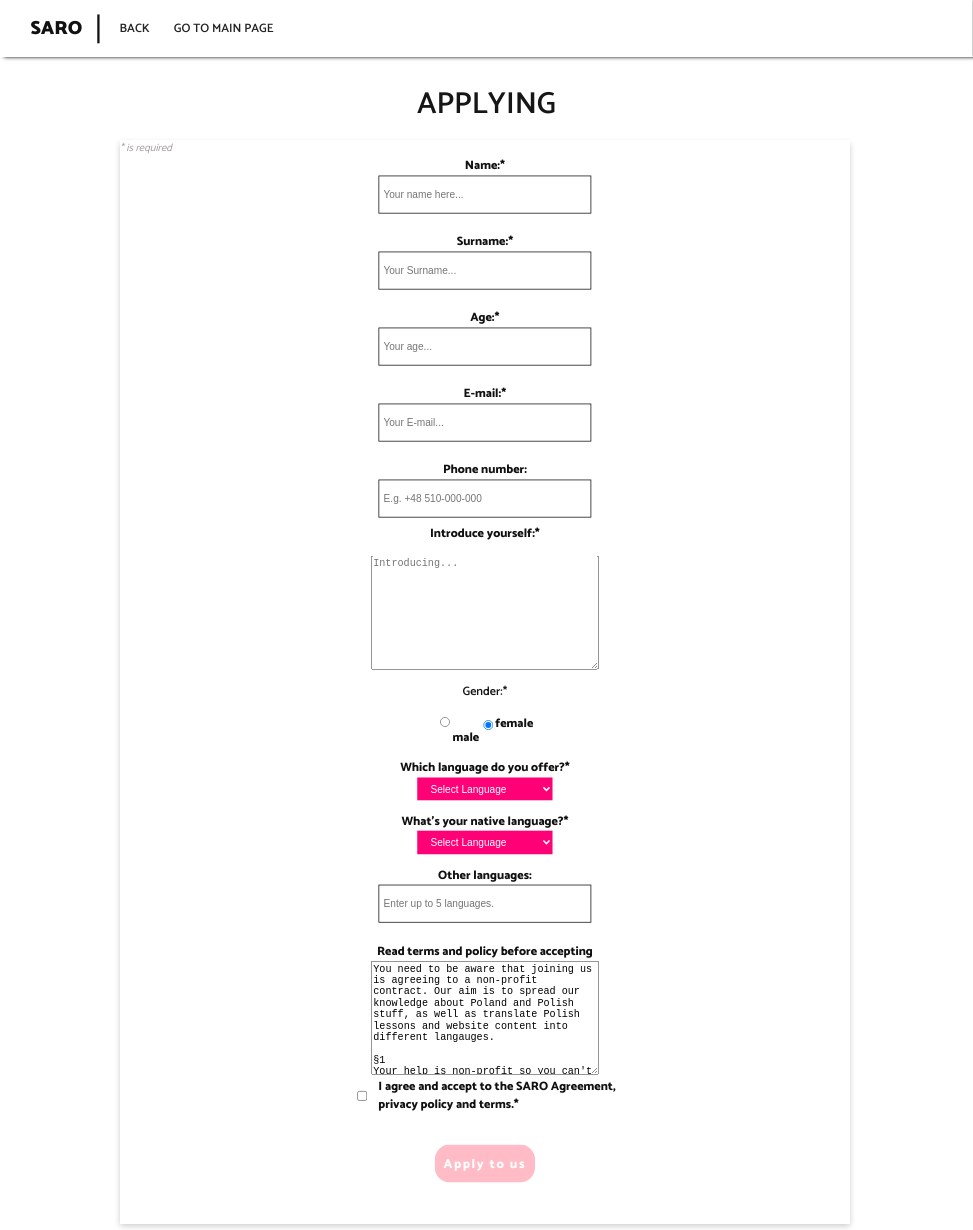
Repository: michalskirobert/SARO
Page: join/index.html
An editor plug-in stored every save of this project. The page is shown before and after the next save, followed by the edit.
The browser window is 1280 px wide. The pictures show the whole page, at 76% of full size.

Above is the page before, as saved 2020-10-30 14:32:26.

After the next save:
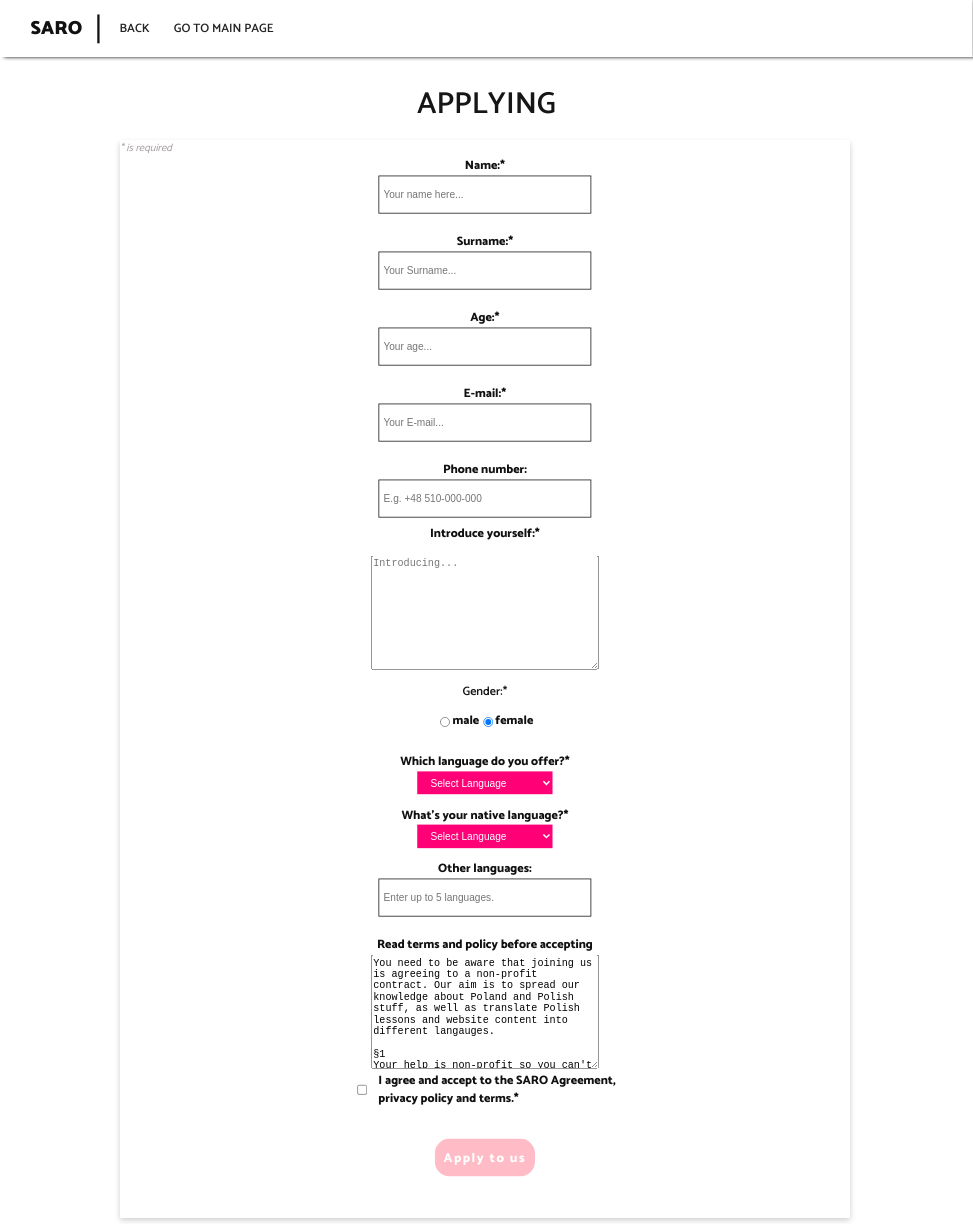
Saved 28 s later.
--- a/join/index.html
+++ b/join/index.html
@@ -27,6 +27,7 @@
             });
         };
     </script>
+
     <title>Welcome to SARO</title>
     <link rel="stylesheet" href="./../assets/style/css/style.css">
 </head>
@@ -98,8 +99,8 @@
                                             <br>
                                             <p>Gender:*</p>
                                             <div class="gender__container" style="width: 100%;">
-                                            <label for="male"><input type="radio" id="male" name="gender" value="male" checked>male</label>
-
+                                            <input type="radio" id="male" name="gender" value="male" checked>
+                                            <label for="male">male</label>
                                             <input type="radio" id="female" name="gender" value="female" checked>
                                             <label for="female">female</label>
                                             </div>
